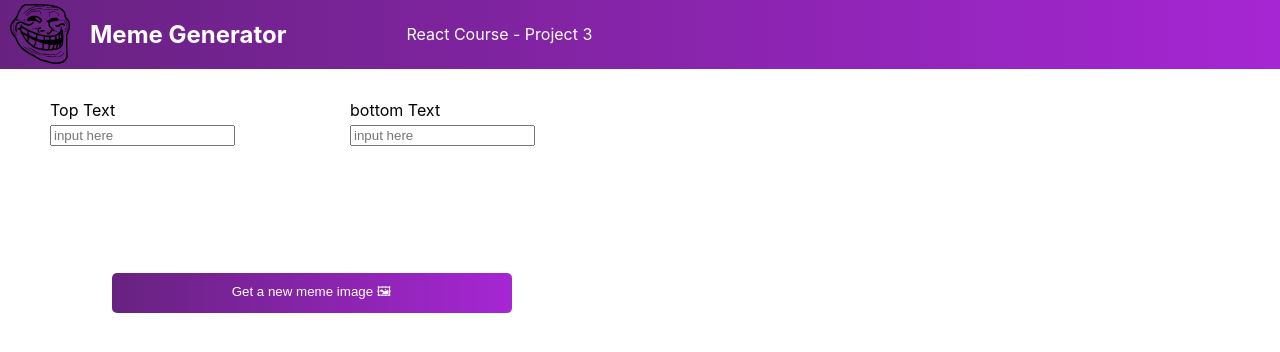
Repository: mortiestmorty1/meme-generator-react
Page: /
The author's editor kept a copy of each file at every save. The page is drawn from the files as they stood at one save, then again after the next save.
The browser window is 1280 px wide. The pictures show the whole page.
The project was rebuilt for these pictures with package versions that can differ from the ones it lists, and the page was loaded fresh each time.

Above is the page before, as saved 2024-01-17 19:26:13.

### src/index.css
body {
  margin: 0;
  font-family: -apple-system, BlinkMacSystemFont, 'Segoe UI', 'Roboto', 'Oxygen',
    'Ubuntu', 'Cantarell', 'Fira Sans', 'Droid Sans', 'Helvetica Neue',
    sans-serif;
  -webkit-font-smoothing: antialiased;
  -moz-osx-font-smoothing: grayscale;
}

code {
  font-family: source-code-pro, Menlo, Monaco, Consolas, 'Courier New',
    monospace;
}
* {
  box-sizing: border-box;
  }

### src/App.js
import logo from './logo.svg';
import './App.css';
import React from "react";
import Navbar from "./components/Navbar";
import Inputs from "./components/inputs";
function App() {
  return (
    <div className="App">
      <Navbar />
      <Inputs />
    </div>
  );
}

export default App;

### src/App.css
.nav-container {
  display: flex;
  justify-content: space-between;
  align-items: center;
  background: linear-gradient(to right, #672280,#A626D3);
  }
  .image{
    width: 60px;
    height: 60px;
    margin-left: 10px;
  }
  .navbar{
    display: flex;
    justify-content: space-around;
    align-items: center;
    margin-right: 10px;
    color: white;
  }
  .navbar h1{
    margin-right: 20px;
    margin-left: 20px;
  }
  .info{
    margin-left: 100px;
  }
  .inputs-container{
    margin-left: 50px;
    margin-top: 20px;
    font: Karla;
  }
  .top{
    position: absolute;
    top: 100px;
  }
  .bottom{
    position: absolute;
    margin-left: 300px;
    top: 100px;
  }
  .topinput{
    position: absolute;
    top: 125px;

  }
  .bottominput{
    position: absolute;
    top: 125px;
    margin-left: 300px;
  }
  .generate{
    margin-left: 5%;
    margin-top: 15%;
    background: linear-gradient(to right, #672280,#A626D3);
    color: white;
    border: none;
    border-radius: 5px;
    width: 400px;
    height: 40px;
  }

### src/components/Navbar.js
import React from "react";
import Troll from "./Troll-Face.svg";
import "../App.css";
function Navbar(){
    return(
        <div className="nav-container">
            <nav className="navbar">
                <img src={Troll} className="image" alt="Troll Face" />
                <h1>Meme Generator</h1>
                <section className="info">
                    <p>React Course - Project 3</p>
                </section>
            </nav>
        </div>
    )
}

export default Navbar;

### src/components/inputs.js
import React from "react";
import "../App.css";

function Inputs(){
    return(
        <div className="inputs-container">
            <form className="inputs">
                <label className="top">Top Text</label>
                <input  className="topinput" type="text" placeholder="input here" />
                <label className="bottom">bottom Text</label>
                <input className="bottominput" type="text" placeholder="input here" />
                <button className="generate">Get a new meme image  🖼</button>
            </form>
        </div>
    )
}

export default Inputs;

Loaded but not shown: public/index.html (common file); src/index.js (common file); src/reportWebVitals.js (common file)

After the next save:
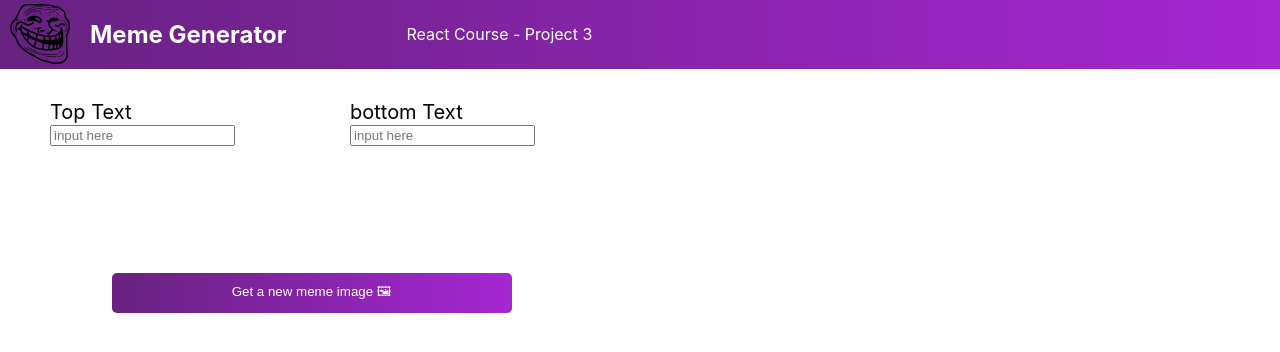
Saved 2 min 10 s later.
--- a/src/App.css
+++ b/src/App.css
@@ -26,7 +26,7 @@
   .inputs-container{
     margin-left: 50px;
     margin-top: 20px;
-    font: Karla;
+    font-size: 20px;
   }
   .top{
     position: absolute;
